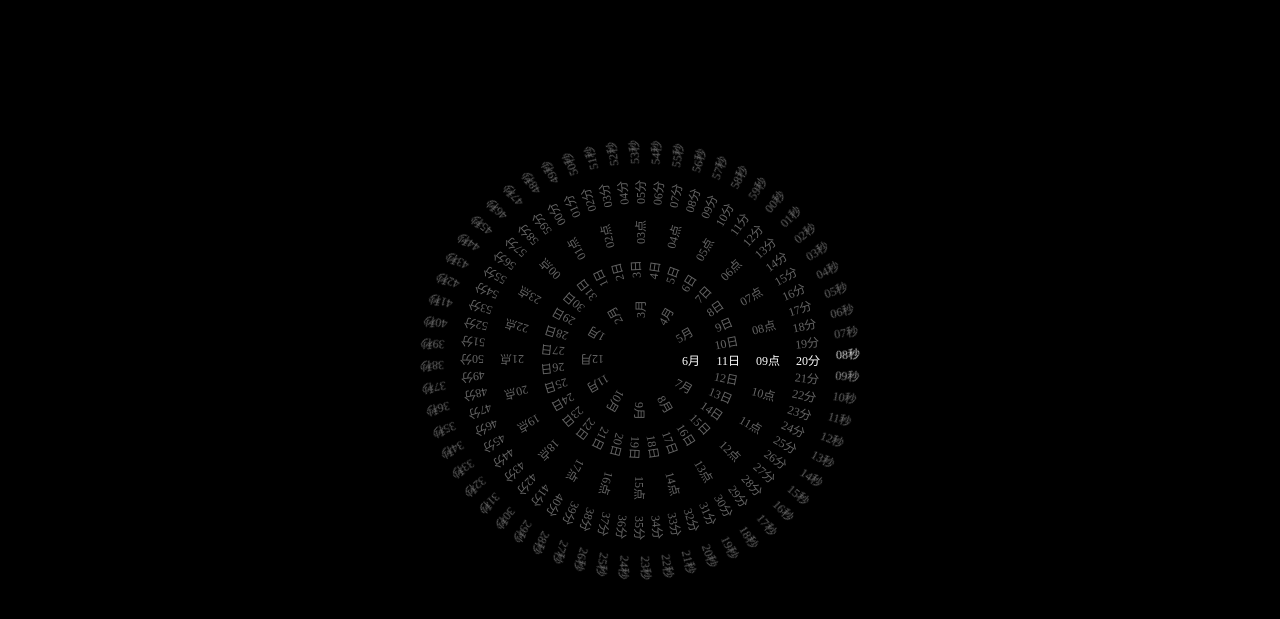
Repository: jarvanstack/vscode
Page: JavaScript/圆形时钟.html
An editor plug-in stored every save of this project. The page is shown before and after the next save, followed by the edit.
The browser window is 1280 px wide. The pictures show the whole page.

Above is the page before, as saved 2020-06-18 10:16:06.

### JavaScript/圆形时钟.html

<!DOCTYPE html>
<html lang="en">
<head>
    <meta charset="UTF-8">
    <title>钟</title>
    <style>
        html{
            background: #000;
            color: #666;
            font-size: 12px;
            overflow:hidden;
        }
        *{
            margin: 0;
            padding: 0;
        }
        span{
            display: block;
            float: left;
        }
        .on{
            color: #fff;
        }
        .wrapper{
            width: 200px;
            height: 200px;
            position: absolute;
            left:50%;
            top:50%;
            margin-top: -100px;
            margin-left: -100px;
        }
        .wrapper .timebox{
            position: absolute;
            width: 200px;
            height: 200px;
            top: 0;
            left:0;
            border-radius: 100%;
            transition: all 0.5s;
        }
        .timebox span{
            transition: all 0.5s;
            float: left;
        }
        .wrapper  .timebox span{
            position: absolute;
            left:50%;
            top:50%;
            width: 40px;
            height: 18px;
            margin-top: -9px;
            margin-left: -20px;
            text-align: right;
        }

    </style>
</head>
<body>

<div id="wrapper">
    <div class="timebox yuebox" id="yueBox"></div>
    <div class="timebox riqiBox" id="riqiBox"></div>
    <div class="timebox hourbox" id="hourbox"></div>
    <div class="timebox minutebox" id="minutebox"></div>
    <div class="timebox secondbox" id="secondbox"></div>
</div>


<script>

    let wrapper = document.getElementById("wrapper");
    let yueBox = document.getElementById("yueBox");
    let riqiBox = document.getElementById("riqiBox");
    let hourbox = document.getElementById("hourbox");
    let minutebox = document.getElementById("minutebox");
    let secondbox = document.getElementById("secondbox");

    /*
    * 找所有的东西标签函数
    * */
    let findSiblings = function( tag ){
        let parent = tag.parentNode;
        let childs = parent.children;
        let sb = [];
        for(let i=0 ; i <= childs.length-1 ; i++){
            if( childs[i]!==tag){
                sb[sb.length] = childs[i];
            }
        }
        return  sb ;
    };

    /*
    * 去掉所有兄弟的类
    * */
    let removeSiblingClass =function( tag ){
        let sb = findSiblings( tag );
        for(let i=0 ;  i <= sb.length-1 ; i++){
            sb[i].className = "";
        }
    };

    /*
    * 初始化月份函数
    * */
    let initMonth = function(){
      for(let i=1; i<=12; i++){
            let span = document.createElement("span");
            span.innerHTML = i+"月";
            yueBox.appendChild( span );
      }
    };

    // 初始化日期
    let initDate = function(){
        for(let i=1; i<=31; i++){
            let span = document.createElement("span");
            span.innerHTML = i+"日";
            riqiBox.appendChild( span );
        }
    };

    // 初始化小时，分钟，秒
    let initHour = function(){
        for(let i=0; i<=23; i++){
            let h = i ;
            let span = document.createElement("span");
            if( h<10){
                h="0"+h;
            }
            span.innerHTML = h +"点";
            hourbox.appendChild( span );
        }
    };
    let initMinute = function(){
        for(let i=0; i<=59; i++){
            let  f = i ;
            let span = document.createElement("span");
            if( f<10){
                f="0"+f;
            }
            span.innerHTML = f +"分";
            minutebox.appendChild( span );
        }
    };
    let initSecond = function(){
        for(let i=0; i<=59; i++){
            let  miao = i ;
            let span = document.createElement("span");
            if( miao<10){
                miao="0"+miao;
            }
            span.innerHTML = miao +"秒";
            secondbox.appendChild( span );
        }
    };

    // 时间文字样式切换函数
    let changeTime = function(tag){
        tag.className = "on";
        removeSiblingClass( tag );
    };

    /*
    * 初始化日历函数
    * */
    let initRili = function(){
        initMonth(); // 初始化月份
        initDate(); // 初始化日期
        initHour(); // 小时
        initMinute();
        initSecond();
    };

    /*
    * 展示当前时间
    * 参数：mydate 时间对象
    * */
    let  showNow = function( mydate ){

        let yue = mydate.getMonth() ;
        let riqi = mydate.getDate();
        let hour = mydate.getHours()  ;
        let minute = mydate.getMinutes();
        let second = mydate.getSeconds();
        // 时间文字样式切换函数
        changeTime( yueBox.children[yue] );
        changeTime( riqiBox.children[riqi-1] );
        changeTime( hourbox.children[hour] );
        changeTime( minutebox.children[minute] );
        changeTime( secondbox.children[second] );

    };

    // 展示时间圆圈函数
    // tag：目标
    // num：数字数量
    // dis：圆圈半径
    let textRound = function(tag,num,dis){
        let span = tag.children ;
        for(let i=0 ; i<=span.length-1; i++){
            span[i].style.transform="rotate("+ (360/span.length)*i+"deg)  translateX("+dis+"px)" ;
        }
    };
    /*
    * 旋转指定“圆圈”指定度数
    * */
    let rotateTag = function(tag , deg){
        tag.style.transform = "rotate("+deg+"deg)";
    };

    let main = function(){
        initRili(); // 初始化日历

        setInterval(function(){
            let mydate = new Date();
            showNow( mydate ); // 展示当前时间
        },1000);

        //  n秒后，摆出圆形
        setTimeout(function(){
            wrapper.className = "wrapper";
            textRound(yueBox,12,40);
            textRound(riqiBox,31,80);
            textRound(hourbox,24,120);
            textRound(minutebox,60,160);
            textRound(secondbox,60,200);
            setInterval(function(){
                let mydate = new Date();
                rotateTag( yueBox , -30*mydate.getMonth());
                rotateTag( riqiBox , -360/31*(mydate.getDate()-1) );
                rotateTag( hourbox , -360/24*mydate.getHours());
                rotateTag( minutebox , -6*mydate.getMinutes());
                rotateTag( secondbox , -6*mydate.getSeconds());
            },1000)
        },1000)//这里是变到时钟的时间 ms

    };
    main();

</script>

</body>
</html>

After the next save:
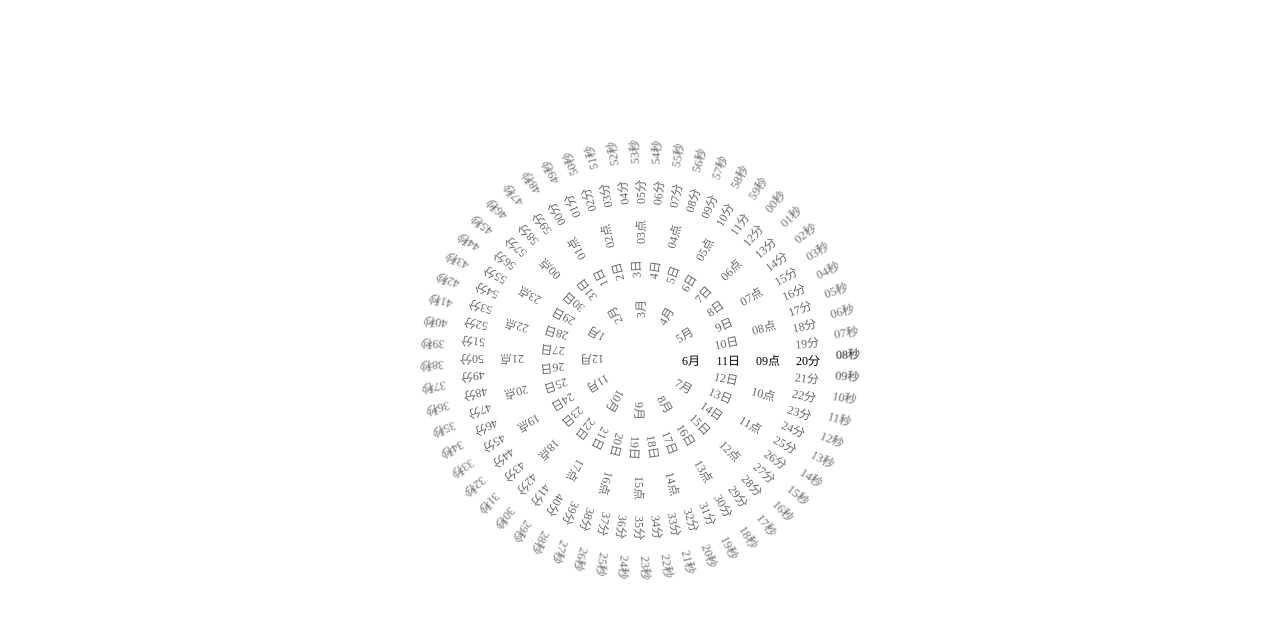
Saved 3 min 13 s later.
--- a/JavaScript/圆形时钟.html
+++ b/JavaScript/圆形时钟.html
@@ -6,7 +6,7 @@
     <title>钟</title>
     <style>
         html{
-            background: #000;
+            background: rgb(255, 255, 255);
             color: #666;
             font-size: 12px;
             overflow:hidden;
@@ -20,7 +20,7 @@
             float: left;
         }
         .on{
-            color: #fff;
+            color: rgb(0, 0, 0);
         }
         .wrapper{
             width: 200px;

After the save that followed:
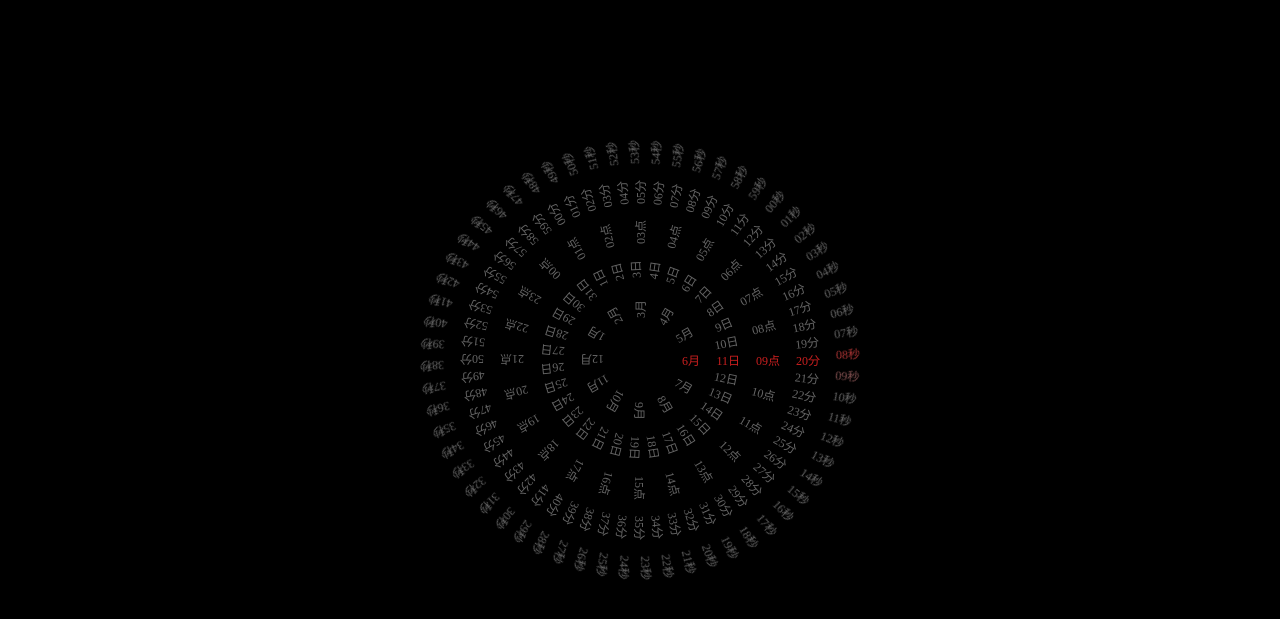
Saved 31 s later.
--- a/JavaScript/圆形时钟.html
+++ b/JavaScript/圆形时钟.html
@@ -6,7 +6,7 @@
     <title>钟</title>
     <style>
         html{
-            background: rgb(255, 255, 255);
+            background: rgb(0, 0, 0);
             color: #666;
             font-size: 12px;
             overflow:hidden;
@@ -20,7 +20,7 @@
             float: left;
         }
         .on{
-            color: rgb(0, 0, 0);
+            color: rgb(201, 31, 31);
         }
         .wrapper{
             width: 200px;
